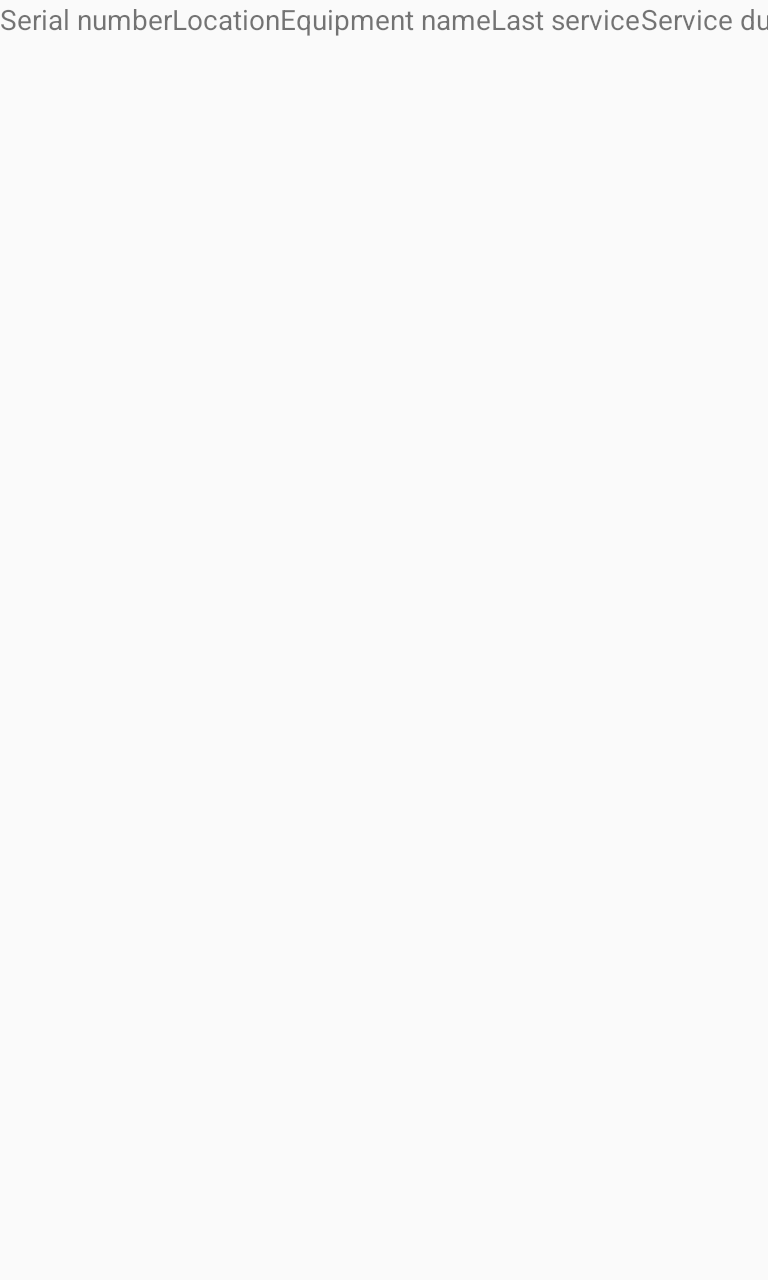
Repository: procmillie/AppKeepV9.12.14
Layout: StupidApp/res/layout/database_view123.xml
These files come from the project's save history. The layout is drawn as it stood at one moment and after the next save; the edit follows.
It is drawn on a 768 x 1280 px phone screen (xhdpi) without system bars, with theme AppTheme; the app's code is not run.

Above is the layout before, as saved 2014-11-21 19:36:32.

After the next save:
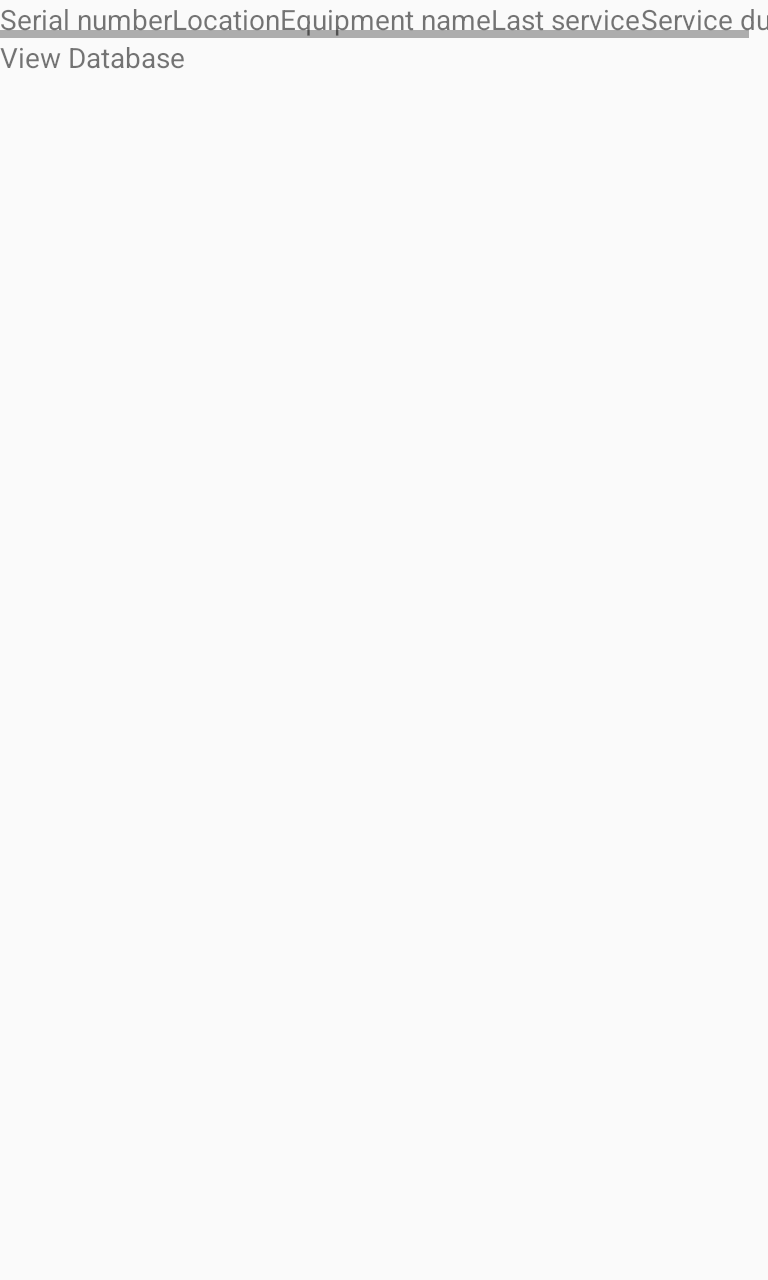
Saved 38 s later.
--- a/StupidApp/res/layout/database_view123.xml
+++ b/StupidApp/res/layout/database_view123.xml
@@ -10,7 +10,7 @@
         android:id="@+id/horizontalScrollView1"
         android:layout_width="wrap_content"
         android:layout_height="wrap_content" >
-    </HorizontalScrollView>
+
 
     <TableLayout android:id="@+id/tableLayout1"
         android:layout_width="fill_parent"
@@ -35,6 +35,8 @@
 
     </TableLayout>
 
+     </HorizontalScrollView>
+
     <TextView  android:text="@string/view_database" 	 android:layout_width="fill_parent"   android:layout_height="fill_parent"/>
 
 </LinearLayout>
